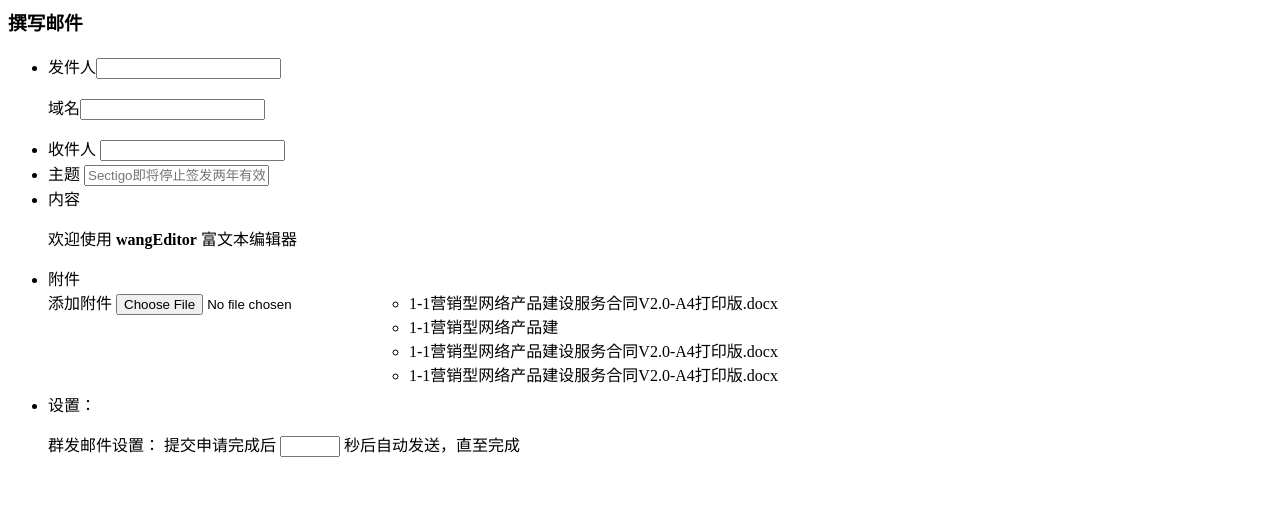
Repository: wangyan466393/racentSystem
Page: emailDetail.html
An editor plug-in stored every save of this project. The page is shown before and after the next save, followed by the edit.
The browser window is 1280 px wide. The pictures show the whole page.

Above is the page before, as saved 2020-08-12 10:02:23.

### emailDetail.html
<div class="edit_box">
    <h3>撰写邮件</h3>

    <div class="edit_content">
        <ul>
            <li>

                <p>
                    <span>发件人</span><input type="text" class="sender">
                </p>
                <p>
                    <span>域名</span><input type="text" class="domain_name">
                </p>

            </li>
            <li>
                <span>收件人</span>
                <input type="text" class="attn">
            </li>
            <li>
                <span>主题</span>
                <input type="text" class="theme" placeholder="Sectigo即将停止签发两年有效期证书，倒计时仅27天！">
            </li>
            <li>
                <span>内容</span>
                <div id="editor" style="width: 100%;">
                    <p>欢迎使用 <b>wangEditor</b> 富文本编辑器</p>
                </div>
            </li>
            <li>
                <span>附件</span>
                <div style="width: 100%;display: flex;">
                    <div class="upload-box">
                        <label for="file" class="upload-label">
                            添加附件
                            <input class="file-upload" type="file" id="file">
                        </label>
                    </div>
                    <div>
                        <ul class="file_view">
                            <li>1-1营销型网络产品建设服务合同V2.0-A4打印版.docx</li>
                            <li>1-1营销型网络产品建</li>
                            <li>1-1营销型网络产品建设服务合同V2.0-A4打印版.docx</li>
                            <li>1-1营销型网络产品建设服务合同V2.0-A4打印版.docx</li>
                        </ul>
                    </div>
                </div>

            </li>
            <li style="line-height: 40px;">
                <span>设置：</span>
                <div style="width: 100%;">
                    群发邮件设置：
                    提交申请完成后
                    <input type="text" style="width: 60px;">
                    秒后自动发送，直至完成
                </div>
            </li>
        </ul>
    </div>
</div>

After the next save:
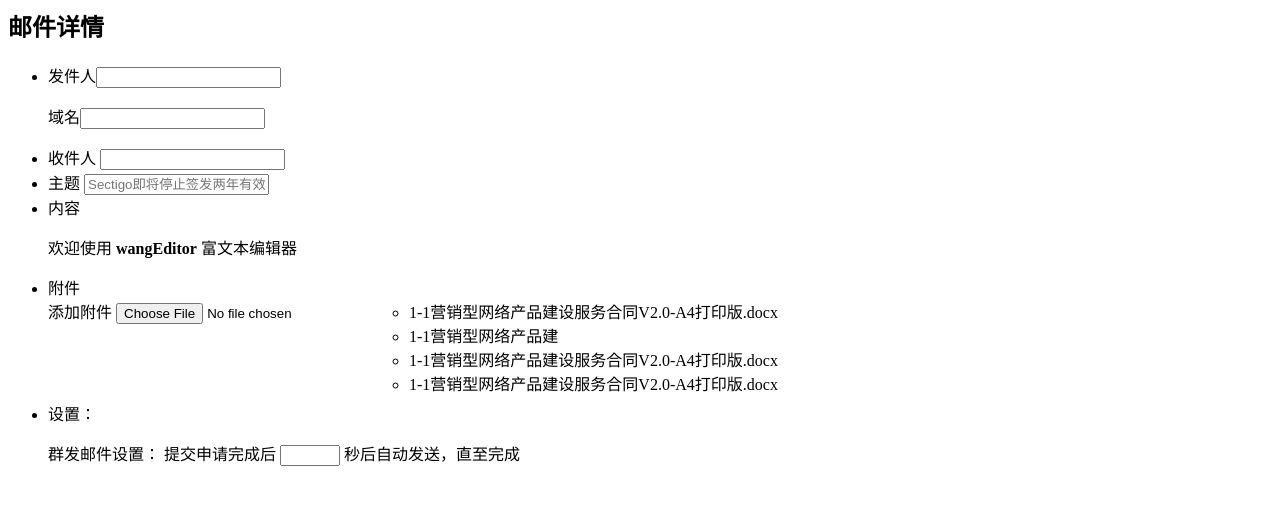
Saved 78 s later.
--- a/emailDetail.html
+++ b/emailDetail.html
@@ -1,5 +1,5 @@
 <div class="edit_box">
-    <h3>撰写邮件</h3>
+    <h2>邮件详情</h2>
 
     <div class="edit_content">
         <ul>
